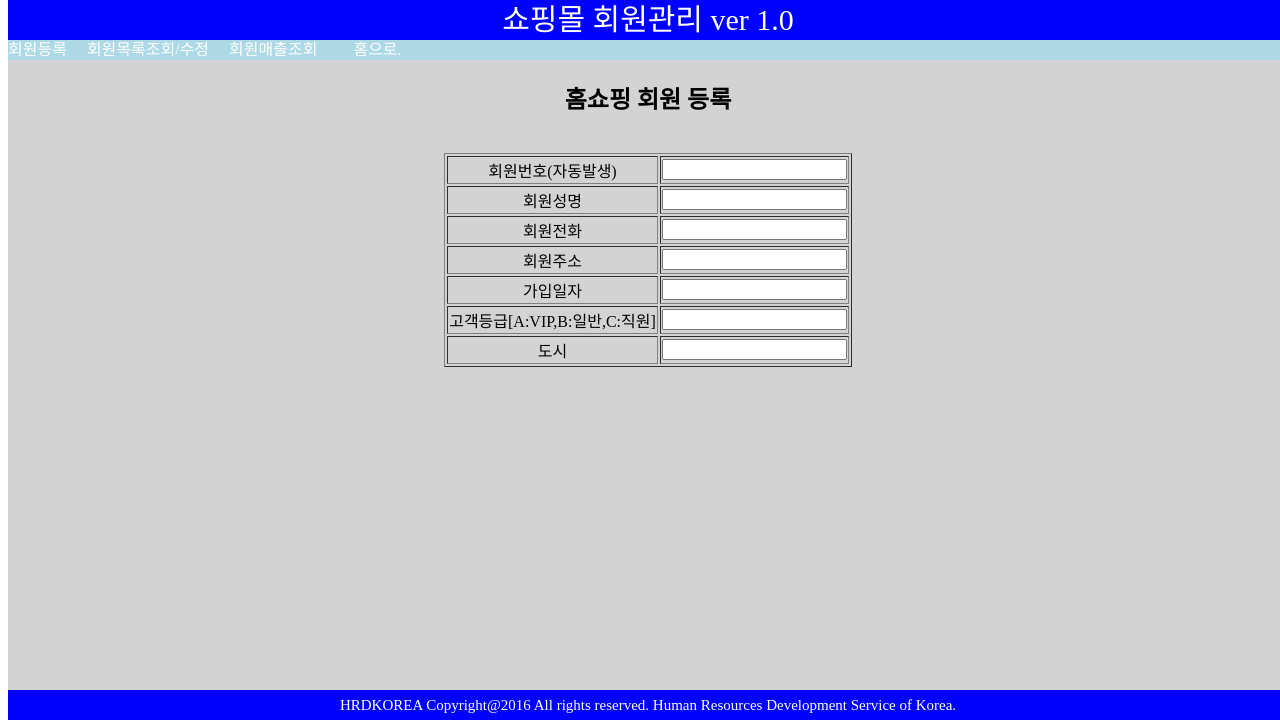
Repository: leesuyeon116/HRD_1
Page: http://localhost/HRD_0416/join.jsp
The author's editor kept a copy of each file at every save. The page is drawn from the files as they stood at one save, then again after the next save.
The browser window is 1280 px wide. The pictures show the whole page.
The page is served by Tomcat 9.

Above is the page before, as saved 2024-04-17 00:18:27.

After the next save:
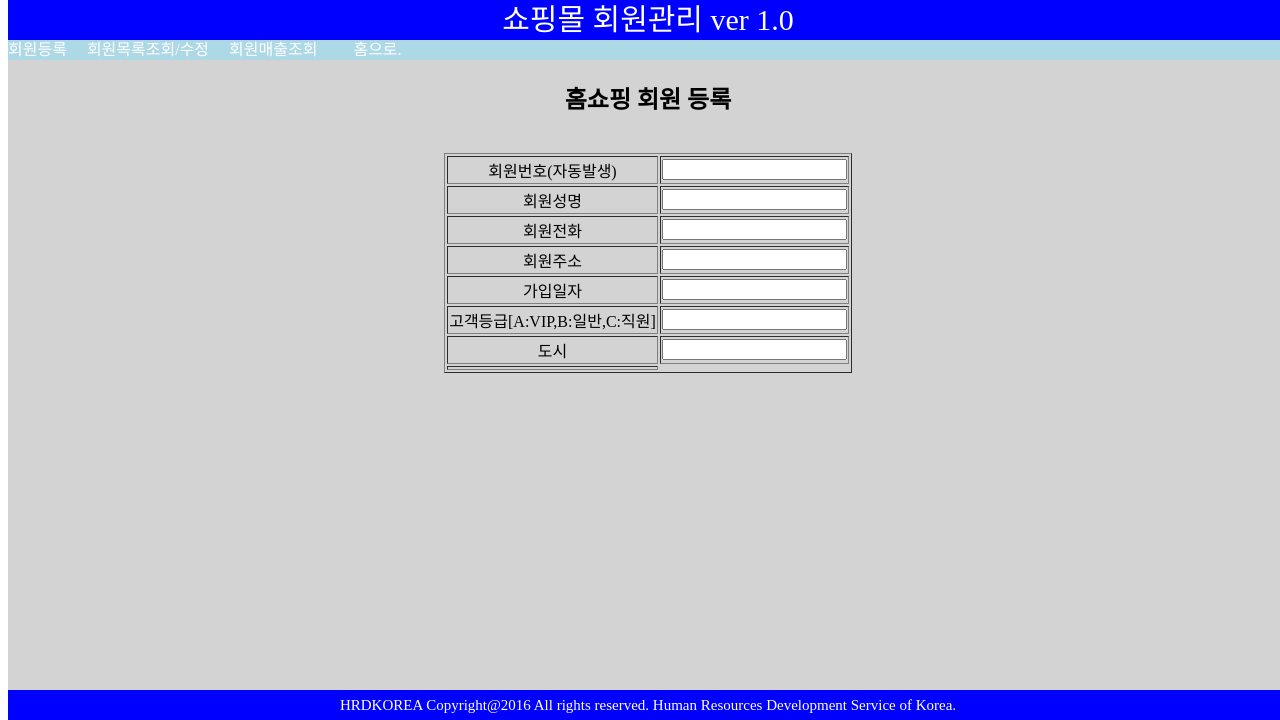
Saved 76 s later.
--- a/HRD_0416/src/main/webapp/join.jsp
+++ b/HRD_0416/src/main/webapp/join.jsp
@@ -41,6 +41,11 @@
 			<td>도시</td>
 			<td><input type="text" name="city"></td>
 		</tr>
+		<tr>
+			<td>
+
+			</td>
+		</tr>
 	</table>
 	</form>
 
